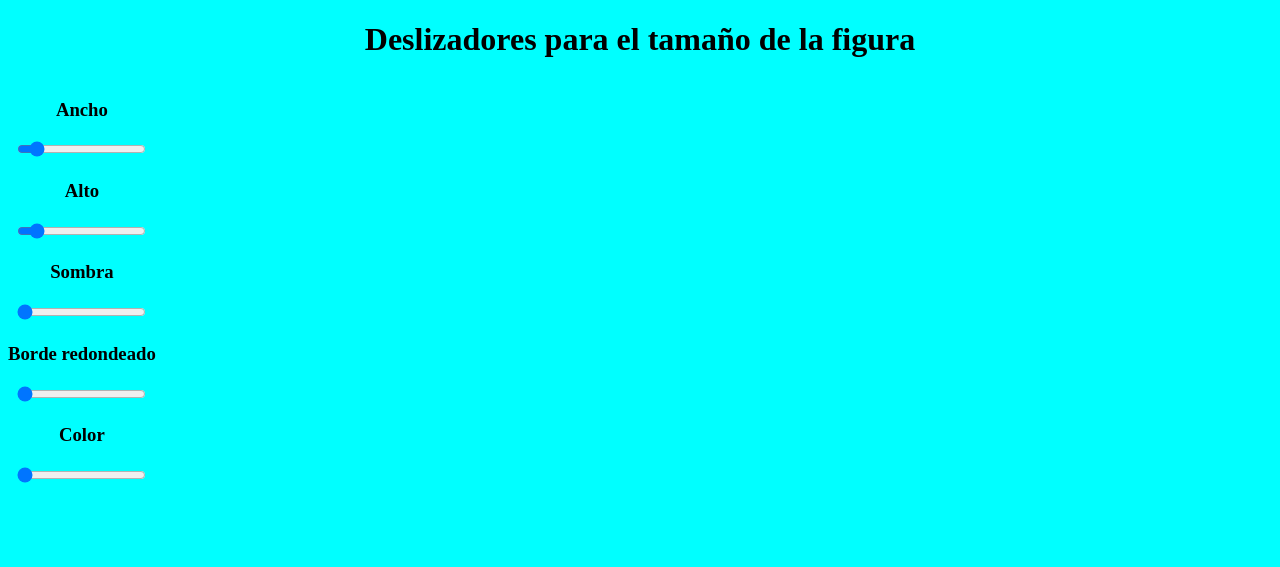
Repository: Kevin8548/Ejercicios-DOM
Page: Deslizador.html
These files come from the project's save history. The page is drawn as it stood at one moment and after the next save; the edit follows.
The browser window is 1280 px wide. The pictures show the whole page.

Above is the page before, as saved 2024-10-09 00:34:22.

### Deslizador.html
<!DOCTYPE html>
<html lang="es">
<head>
    <meta charset="UTF-8">
    <meta name="viewport" content="width=device-width, initial-scale=1.0">
    <title>Deslizadores</title>
    <link rel="stylesheet" href="deslizadores.css">
</head>
<body>
    <h1>Deslizadores para el tamaño de la figura</h1>
    <div class="si">
        <h3>Ancho</h3>
        <input type="range" id="sliderAncho" min="0" max="1000" value="100" step="1">
        <h3>Alto</h3>
        <input type="range" id="sliderAlto" min="0" max="1000" value="100" step="1">
        <h3>Sombra</h3>
        <input type="range" id="sliderSombra" min="0" max="500" value="0" step="1">
        <h3>Borde redondeado</h3>
        <input type="range" id="sliderEsquina" min="0" max="50" value="0" step="1">
        <h3>Color</h3>
        <input type="range" id="sliderColor" min="0" max="360" value="0" step="1">

    </div>
    <div class="div"></div>

    <script src="./colorsbg/deslizador.js"></script>
</body>
</html>

### deslizadores.css
body {
    background-color: aqua;
    text-align: center;
}

.div {
    width: 100px;
    height: 100px;

    margin: 0 auto;
}

.si{
    float:left

}

### colorsbg/deslizador.js
const sliderAncho = document.getElementById('sliderAncho');
const sliderAlto = document.getElementById('sliderAlto');
const sliderBorde = document.getElementById('sliderBorde');
const sliderSombra = document.getElementById('sliderSombra');
const sliderEsquina = document.getElementById('sliderEsquina');
const sliderColor = document.getElementById('sliderColor');
const div = document.querySelector('.div');

sliderAncho.addEventListener('input', function() {
    const nuevoAncho = sliderAncho.value + 'px';
    div.style.width = nuevoAncho;
});

sliderAlto.addEventListener('input', function() {
    const nuevoAlto = sliderAlto.value + 'px';
    div.style.height = nuevoAlto;
});

sliderSombra.addEventListener('input', function() {
    const sombra = sliderSombra.value + 'px';
    div.style.boxShadow = `0 0 ${sombra} rgba(0, 0, 0, 100)`;
});

sliderEsquina.addEventListener('input', function() {
    div.style.borderRadius = `${sliderEsquina.value}px`;

    sliderColor.addEventListener('input', () => {
        div.style.backgroundColor = `hsl(${sliderColor.value}, 100%, 50%)`;
    });
});

After the next save:
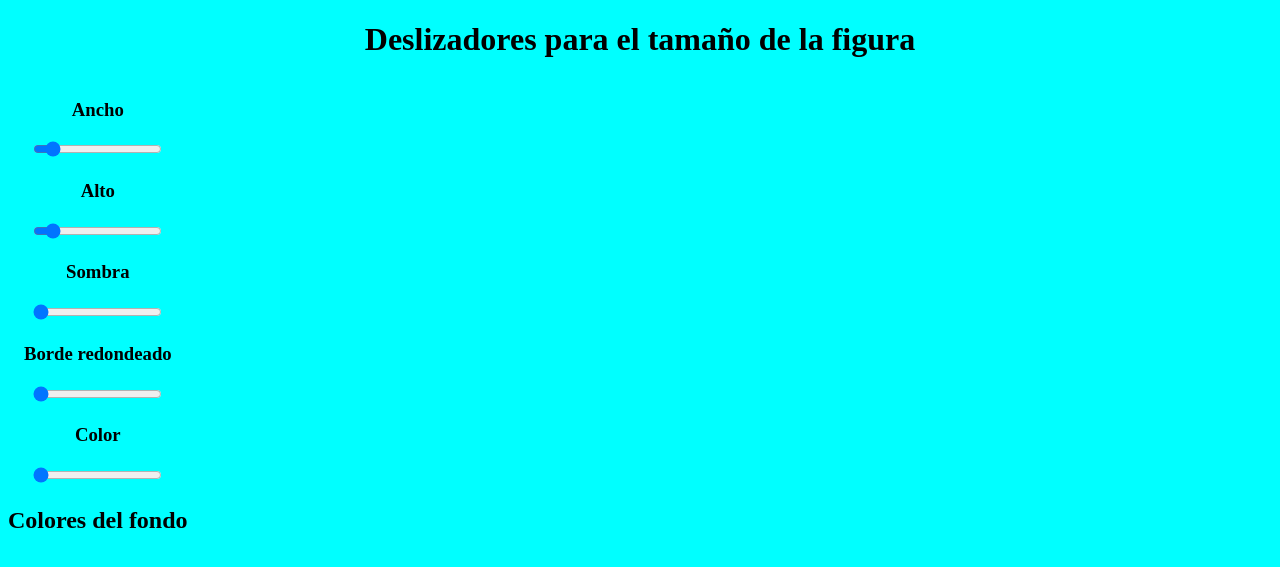
Saved 46 s later.
--- a/Deslizador.html
+++ b/Deslizador.html
@@ -20,6 +20,7 @@
         <h3>Color</h3>
         <input type="range" id="sliderColor" min="0" max="360" value="0" step="1">
 
+        <h2>Colores del fondo</h2>
     </div>
     <div class="div"></div>
 
